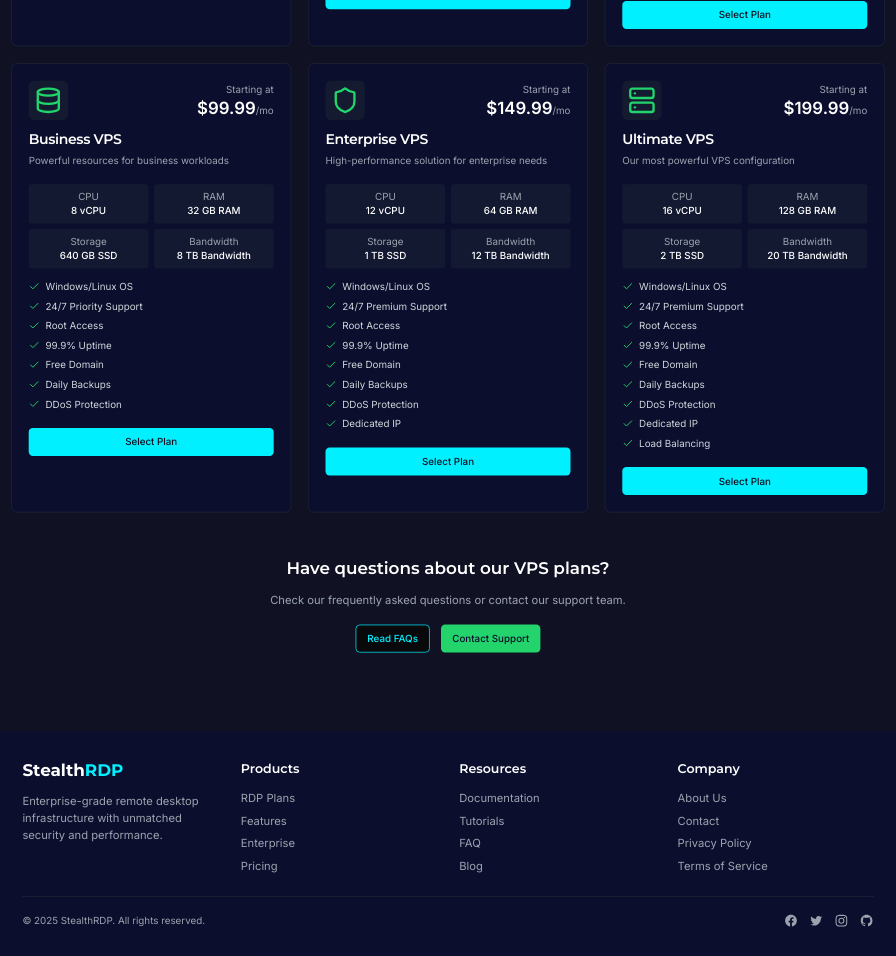
Repository: Husnainn01/stealthrdp2
Page: /plans
These files come from the project's save history. The page is drawn as it stood at one moment and after the next save; the edit follows.
The browser window is 1280 px wide. The pictures show the part of the page from y = 875 to 2795 px (the page is 2241 px tall before and 2795 px after), at 70% of full size.
The project was rebuilt for these pictures with package versions that can differ from the ones it lists, and the page was loaded fresh each time. Also part of the build but not shown: vite.config.ts, src/components/ui/tooltip.tsx, src/pages/Index.tsx, src/components/ui/accordion.tsx, src/pages/FAQ.tsx, src/pages/Features.tsx, src/pages/NotFound.tsx.

Above is the page before, as saved 2025-05-05 02:24:09.

### index.html
<!DOCTYPE html>
<html lang="en">
  <head>
    <meta charset="UTF-8" />
    <meta name="viewport" content="width=device-width, initial-scale=1.0" />
    <title>stealth-digital-revamp</title>
    <meta name="description" content="Lovable Generated Project" />
    <meta name="author" content="Lovable" />

    <meta property="og:title" content="stealth-digital-revamp" />
    <meta property="og:description" content="Lovable Generated Project" />
    <meta property="og:type" content="website" />
    <meta property="og:image" content="https://lovable.dev/opengraph-image-p98pqg.png" />

    <meta name="twitter:card" content="summary_large_image" />
    <meta name="twitter:site" content="@lovable_dev" />
    <meta name="twitter:image" content="https://lovable.dev/opengraph-image-p98pqg.png" />
  </head>

  <body>
    <div id="root"></div>
    <!-- IMPORTANT: DO NOT REMOVE THIS SCRIPT TAG OR THIS VERY COMMENT! -->
    <script src="https://cdn.gpteng.co/gptengineer.js" type="module"></script>
    <script type="module" src="/src/main.tsx"></script>
  </body>
</html>

### src/App.tsx
import { Toaster } from "@/components/ui/toaster";
import { Toaster as Sonner } from "@/components/ui/sonner";
import { TooltipProvider } from "@/components/ui/tooltip";
import { QueryClient, QueryClientProvider } from "@tanstack/react-query";
import { BrowserRouter, Routes, Route } from "react-router-dom";
import Index from "./pages/Index";
import FAQPage from "./pages/FAQ";
import Plans from "./pages/Plans";
import Features from "./pages/Features";
import NotFound from "./pages/NotFound";

const queryClient = new QueryClient();

const App = () => (
  <QueryClientProvider client={queryClient}>
    <TooltipProvider>
      <Toaster />
      <Sonner />
      <BrowserRouter>
        <Routes>
          <Route path="/" element={<Index />} />
          <Route path="/faq" element={<FAQPage />} />
          <Route path="/plans" element={<Plans />} />
          <Route path="/features" element={<Features />} />
          {/* ADD ALL CUSTOM ROUTES ABOVE THE CATCH-ALL "*" ROUTE */}
          <Route path="*" element={<NotFound />} />
        </Routes>
      </BrowserRouter>
    </TooltipProvider>
  </QueryClientProvider>
);

export default App;

### src/index.css

@import url('https://fonts.googleapis.com/css2?family=Montserrat:wght@400;500;600;700&display=swap');
@import url('https://fonts.googleapis.com/css2?family=Inter:wght@400;500;600&display=swap');

@tailwind base;
@tailwind components;
@tailwind utilities;

@layer base {
  :root {
    --background: 240 10% 3.9%;
    --foreground: 0 0% 98%;
    --card: 240 10% 3.9%;
    --card-foreground: 0 0% 98%;
    --popover: 240 10% 3.9%;
    --popover-foreground: 0 0% 98%;
    --primary: 208 100% 97.3%;
    --primary-foreground: 240 5.9% 10%;
    --secondary: 240 3.7% 15.9%;
    --secondary-foreground: 0 0% 98%;
    --muted: 240 3.7% 15.9%;
    --muted-foreground: 240 5% 64.9%;
    --accent: 240 3.7% 15.9%;
    --accent-foreground: 0 0% 98%;
    --destructive: 0 62.8% 30.6%;
    --destructive-foreground: 0 0% 98%;
    --border: 240 3.7% 15.9%;
    --input: 240 3.7% 15.9%;
    --ring: 240 4.9% 83.9%;
    --radius: 0.5rem;
  }
}

@layer base {
  * {
    @apply border-border;
  }

  body {
    @apply bg-charcoal text-foreground font-inter antialiased;
  }

  h1, h2, h3, h4, h5, h6 {
    @apply font-montserrat font-bold;
  }

  .container {
    @apply px-4 md:px-8;
  }

  .btn-electric {
    @apply bg-electric text-charcoal hover:bg-opacity-80 transition-all duration-200 font-medium;
  }

  .btn-cyber {
    @apply bg-cyber text-midnight hover:bg-opacity-80 transition-all duration-200 font-medium;
  }

  .section {
    @apply py-12 md:py-16 lg:py-20;
  }

  .fade-in {
    @apply animate-fade-in;
  }

  .card-hover {
    @apply transition-all duration-200 hover:shadow-lg hover:shadow-electric/10 hover:-translate-y-1;
  }
}

### src/components/ui/toaster.tsx
import { useToast } from "@/hooks/use-toast"
import {
  Toast,
  ToastClose,
  ToastDescription,
  ToastProvider,
  ToastTitle,
  ToastViewport,
} from "@/components/ui/toast"

export function Toaster() {
  const { toasts } = useToast()

  return (
    <ToastProvider>
      {toasts.map(function ({ id, title, description, action, ...props }) {
        return (
          <Toast key={id} {...props}>
            <div className="grid gap-1">
              {title && <ToastTitle>{title}</ToastTitle>}
              {description && (
                <ToastDescription>{description}</ToastDescription>
              )}
            </div>
            {action}
            <ToastClose />
          </Toast>
        )
      })}
      <ToastViewport />
    </ToastProvider>
  )
}

### src/components/ui/sonner.tsx
import { useTheme } from "next-themes"
import { Toaster as Sonner, toast } from "sonner"

type ToasterProps = React.ComponentProps<typeof Sonner>

const Toaster = ({ ...props }: ToasterProps) => {
  const { theme = "system" } = useTheme()

  return (
    <Sonner
      theme={theme as ToasterProps["theme"]}
      className="toaster group"
      toastOptions={{
        classNames: {
          toast:
            "group toast group-[.toaster]:bg-background group-[.toaster]:text-foreground group-[.toaster]:border-border group-[.toaster]:shadow-lg",
          description: "group-[.toast]:text-muted-foreground",
          actionButton:
            "group-[.toast]:bg-primary group-[.toast]:text-primary-foreground",
          cancelButton:
            "group-[.toast]:bg-muted group-[.toast]:text-muted-foreground",
        },
      }}
      {...props}
    />
  )
}

export { Toaster, toast }

### src/pages/Plans.tsx

import React, { useState } from 'react';
import Layout from '../components/Layout';
import { Button } from '../components/ui/button';
import { Card, CardContent, CardDescription, CardFooter, CardHeader, CardTitle } from '../components/ui/card';
import { Check, Shield, Cpu, Database, Server, HardDrive } from 'lucide-react';

const Plans = () => {
  const [billingCycle, setBillingCycle] = useState<'monthly' | 'yearly'>('monthly');

  // VPS plan data
  const plans = [
    {
      name: 'Basic VPS',
      description: 'Entry-level VPS with reliable performance',
      icon: <Cpu className="h-10 w-10 text-electric" />,
      monthlyPrice: 29.99,
      yearlyPrice: 299.90, // 10 months price (2 months free)
      specs: {
        cpu: '2 vCPU',
        ram: '4 GB RAM',
        storage: '80 GB SSD',
        bandwidth: '2 TB Bandwidth'
      },
      features: ['Windows/Linux OS', '24/7 Support', 'Root Access', '99.9% Uptime']
    },
    {
      name: 'Standard VPS',
      description: 'Balanced performance for everyday usage',
      icon: <Server className="h-10 w-10 text-electric" />,
      monthlyPrice: 49.99,
      yearlyPrice: 499.90,
      specs: {
        cpu: '4 vCPU',
        ram: '8 GB RAM',
        storage: '160 GB SSD',
        bandwidth: '4 TB Bandwidth'
      },
      features: ['Windows/Linux OS', '24/7 Support', 'Root Access', '99.9% Uptime', 'Free Domain']
    },
    {
      name: 'Pro VPS',
      description: 'Enhanced power for demanding applications',
      icon: <HardDrive className="h-10 w-10 text-electric" />,
      monthlyPrice: 69.99,
      yearlyPrice: 699.90,
      specs: {
        cpu: '6 vCPU',
        ram: '16 GB RAM',
        storage: '320 GB SSD',
        bandwidth: '6 TB Bandwidth'
      },
      features: ['Windows/Linux OS', '24/7 Priority Support', 'Root Access', '99.9% Uptime', 'Free Domain', 'Daily Backups']
    },
    {
      name: 'Business VPS',
      description: 'Powerful resources for business workloads',
      icon: <Database className="h-10 w-10 text-cyber" />,
      monthlyPrice: 99.99,
      yearlyPrice: 999.90,
      specs: {
        cpu: '8 vCPU',
        ram: '32 GB RAM',
        storage: '640 GB SSD',
        bandwidth: '8 TB Bandwidth'
      },
      features: ['Windows/Linux OS', '24/7 Priority Support', 'Root Access', '99.9% Uptime', 'Free Domain', 'Daily Backups', 'DDoS Protection']
    },
    {
      name: 'Enterprise VPS',
      description: 'High-performance solution for enterprise needs',
      icon: <Shield className="h-10 w-10 text-cyber" />,
      monthlyPrice: 149.99,
      yearlyPrice: 1499.90,
      specs: {
        cpu: '12 vCPU',
        ram: '64 GB RAM',
        storage: '1 TB SSD',
        bandwidth: '12 TB Bandwidth'
      },
      features: ['Windows/Linux OS', '24/7 Premium Support', 'Root Access', '99.9% Uptime', 'Free Domain', 'Daily Backups', 'DDoS Protection', 'Dedicated IP']
    },
    {
      name: 'Ultimate VPS',
      description: 'Our most powerful VPS configuration',
      icon: <Server className="h-10 w-10 text-cyber" />,
      monthlyPrice: 199.99,
      yearlyPrice: 1999.90,
      specs: {
        cpu: '16 vCPU',
        ram: '128 GB RAM',
        storage: '2 TB SSD',
        bandwidth: '20 TB Bandwidth'
      },
      features: ['Windows/Linux OS', '24/7 Premium Support', 'Root Access', '99.9% Uptime', 'Free Domain', 'Daily Backups', 'DDoS Protection', 'Dedicated IP', 'Load Balancing']
    }
  ];

  return (
    <Layout>
      <div className="py-20 md:py-28 bg-charcoal">
        <div className="container max-w-7xl mx-auto px-4">
          {/* Page Header */}
          <div className="text-center mb-12 md:mb-16">
            <h1 className="text-3xl md:text-4xl lg:text-5xl font-bold text-white mb-4">
              StealthRDP <span className="text-electric">VPS Plans</span>
            </h1>
            <p className="text-gray-400 max-w-3xl mx-auto text-lg">
              High-performance virtual private servers with unparalleled speed, security, and reliability. Choose the plan that fits your needs.
            </p>
          </div>

          {/* Billing Toggle */}
          <div className="flex justify-center mb-10">
            <div className="bg-midnight inline-flex p-1 rounded-lg">
              <button
                onClick={() => setBillingCycle('monthly')}
                className={`px-6 py-2 rounded-md transition-all ${
                  billingCycle === 'monthly' ? 'bg-electric text-midnight font-medium' : 'text-gray-400'
                }`}
              >
                Monthly
              </button>
              <button
                onClick={() => setBillingCycle('yearly')}
                className={`px-6 py-2 rounded-md transition-all ${
                  billingCycle === 'yearly' ? 'bg-electric text-midnight font-medium' : 'text-gray-400'
                }`}
              >
                Yearly (Save 16%)
              </button>
            </div>
          </div>

          {/* Plans Grid */}
          <div className="grid grid-cols-1 md:grid-cols-2 lg:grid-cols-3 gap-6 mb-16">
            {plans.map((plan, index) => (
              <Card key={index} className="bg-midnight border-gray-800 hover:border-electric transition-all duration-300 card-hover">
                <CardHeader className="pb-2">
                  <div className="flex items-center justify-between mb-2">
                    <div className="p-2 rounded-lg bg-gray-800/50">
                      {plan.icon}
                    </div>
                    <div className="text-right">
                      <span className="text-sm text-gray-400">Starting at</span>
                      <div className="font-bold text-2xl text-white">
                        ${billingCycle === 'monthly' ? plan.monthlyPrice : (plan.yearlyPrice / 12).toFixed(2)}
                        <span className="text-sm text-gray-400 font-normal">/mo</span>
                      </div>
                    </div>
                  </div>
                  <CardTitle className="text-xl text-white">{plan.name}</CardTitle>
                  <CardDescription className="text-gray-400">{plan.description}</CardDescription>
                </CardHeader>
                <CardContent className="pt-4">
                  <div className="space-y-4">
                    {/* Specs */}
                    <div className="grid grid-cols-2 gap-2 text-sm">
                      <div className="bg-gray-800/40 p-2 rounded flex flex-col items-center justify-center">
                        <span className="text-gray-400">CPU</span>
                        <span className="text-white font-medium">{plan.specs.cpu}</span>
                      </div>
                      <div className="bg-gray-800/40 p-2 rounded flex flex-col items-center justify-center">
                        <span className="text-gray-400">RAM</span>
                        <span className="text-white font-medium">{plan.specs.ram}</span>
                      </div>
                      <div className="bg-gray-800/40 p-2 rounded flex flex-col items-center justify-center">
                        <span className="text-gray-400">Storage</span>
                        <span className="text-white font-medium">{plan.specs.storage}</span>
                      </div>
                      <div className="bg-gray-800/40 p-2 rounded flex flex-col items-center justify-center">
                        <span className="text-gray-400">Bandwidth</span>
                        <span className="text-white font-medium">{plan.specs.bandwidth}</span>
                      </div>
                    </div>

                    {/* Features */}
                    <div className="space-y-2">
                      {plan.features.map((feature, i) => (
                        <div key={i} className="flex items-center space-x-2">
                          <Check className="h-4 w-4 text-cyber" />
                          <span className="text-gray-300 text-sm">{feature}</span>
                        </div>
                      ))}
                    </div>
                  </div>
                </CardContent>
                <CardFooter>
                  <Button className="w-full bg-electric hover:bg-electric/80 text-charcoal">
                    Select Plan
                  </Button>
                </CardFooter>
              </Card>
            ))}
          </div>

          {/* FAQs CTA */}
          <div className="text-center">
            <h3 className="text-xl md:text-2xl font-semibold text-white mb-4">Have questions about our VPS plans?</h3>
            <p className="text-gray-400 mb-6">Check our frequently asked questions or contact our support team.</p>
            <div className="flex flex-col sm:flex-row justify-center gap-4">
              <Button asChild variant="outline" className="border-electric text-electric hover:bg-electric/10">
                <a href="/faq">Read FAQs</a>
              </Button>
              <Button asChild className="bg-cyber text-midnight hover:bg-cyber/90">
                <a href="/contact">Contact Support</a>
              </Button>
            </div>
          </div>
        </div>
      </div>
    </Layout>
  );
};

export default Plans;

### src/components/Layout.tsx

import React from 'react';
import Navbar from './Navbar';
import Footer from './Footer';

interface LayoutProps {
  children: React.ReactNode;
}

const Layout: React.FC<LayoutProps> = ({ children }) => {
  return (
    <div className="flex flex-col min-h-screen">
      <Navbar />
      <main className="flex-grow">{children}</main>
      <Footer />
    </div>
  );
};

export default Layout;

### src/components/ui/card.tsx
import * as React from "react"

import { cn } from "@/lib/utils"

const Card = React.forwardRef<
  HTMLDivElement,
  React.HTMLAttributes<HTMLDivElement>
>(({ className, ...props }, ref) => (
  <div
    ref={ref}
    className={cn(
      "rounded-lg border bg-card text-card-foreground shadow-sm",
      className
    )}
    {...props}
  />
))
Card.displayName = "Card"

const CardHeader = React.forwardRef<
  HTMLDivElement,
  React.HTMLAttributes<HTMLDivElement>
>(({ className, ...props }, ref) => (
  <div
    ref={ref}
    className={cn("flex flex-col space-y-1.5 p-6", className)}
    {...props}
  />
))
CardHeader.displayName = "CardHeader"

const CardTitle = React.forwardRef<
  HTMLParagraphElement,
  React.HTMLAttributes<HTMLHeadingElement>
>(({ className, ...props }, ref) => (
  <h3
    ref={ref}
    className={cn(
      "text-2xl font-semibold leading-none tracking-tight",
      className
    )}
    {...props}
  />
))
CardTitle.displayName = "CardTitle"

const CardDescription = React.forwardRef<
  HTMLParagraphElement,
  React.HTMLAttributes<HTMLParagraphElement>
>(({ className, ...props }, ref) => (
  <p
    ref={ref}
    className={cn("text-sm text-muted-foreground", className)}
    {...props}
  />
))
CardDescription.displayName = "CardDescription"

const CardContent = React.forwardRef<
  HTMLDivElement,
  React.HTMLAttributes<HTMLDivElement>
>(({ className, ...props }, ref) => (
  <div ref={ref} className={cn("p-6 pt-0", className)} {...props} />
))
CardContent.displayName = "CardContent"

const CardFooter = React.forwardRef<
  HTMLDivElement,
  React.HTMLAttributes<HTMLDivElement>
>(({ className, ...props }, ref) => (
  <div
    ref={ref}
    className={cn("flex items-center p-6 pt-0", className)}
    {...props}
  />
))
CardFooter.displayName = "CardFooter"

export { Card, CardHeader, CardFooter, CardTitle, CardDescription, CardContent }

Loaded but not shown: src/main.tsx (common file); src/hooks/use-toast.ts (common file); src/lib/utils.ts (common file); src/components/Footer.tsx (84 lines, source omitted); src/components/ui/toast.tsx (127 lines, source omitted); src/components/Navbar.tsx (105 lines, source omitted); tailwind.config.ts (110 lines, source omitted); src/components/ui/button.tsx (56 lines, source omitted)

After the next save:
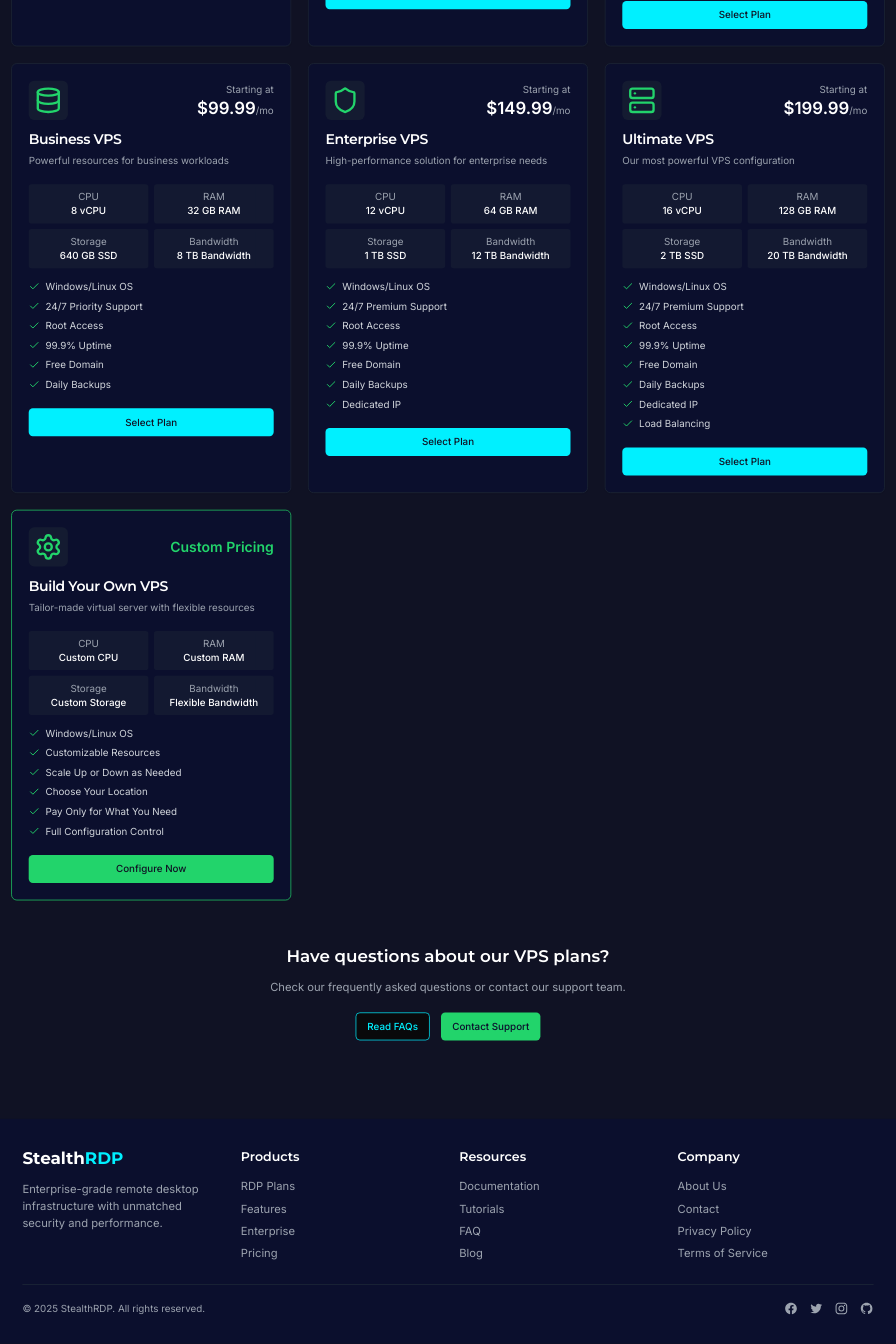
Saved 3 min 57 s later.
--- a/src/pages/Plans.tsx
+++ b/src/pages/Plans.tsx
@@ -1,9 +1,8 @@
-
 import React, { useState } from 'react';
 import Layout from '../components/Layout';
 import { Button } from '../components/ui/button';
 import { Card, CardContent, CardDescription, CardFooter, CardHeader, CardTitle } from '../components/ui/card';
-import { Check, Shield, Cpu, Database, Server, HardDrive } from 'lucide-react';
+import { Check, Shield, Cpu, Database, Server, HardDrive, Settings } from 'lucide-react';
 
 const Plans = () => {
   const [billingCycle, setBillingCycle] = useState<'monthly' | 'yearly'>('monthly');
@@ -64,7 +63,7 @@
         storage: '640 GB SSD',
         bandwidth: '8 TB Bandwidth'
       },
-      features: ['Windows/Linux OS', '24/7 Priority Support', 'Root Access', '99.9% Uptime', 'Free Domain', 'Daily Backups', 'DDoS Protection']
+      features: ['Windows/Linux OS', '24/7 Priority Support', 'Root Access', '99.9% Uptime', 'Free Domain', 'Daily Backups']
     },
     {
       name: 'Enterprise VPS',
@@ -78,7 +77,7 @@
         storage: '1 TB SSD',
         bandwidth: '12 TB Bandwidth'
       },
-      features: ['Windows/Linux OS', '24/7 Premium Support', 'Root Access', '99.9% Uptime', 'Free Domain', 'Daily Backups', 'DDoS Protection', 'Dedicated IP']
+      features: ['Windows/Linux OS', '24/7 Premium Support', 'Root Access', '99.9% Uptime', 'Free Domain', 'Daily Backups', 'Dedicated IP']
     },
     {
       name: 'Ultimate VPS',
@@ -92,7 +91,29 @@
         storage: '2 TB SSD',
         bandwidth: '20 TB Bandwidth'
       },
-      features: ['Windows/Linux OS', '24/7 Premium Support', 'Root Access', '99.9% Uptime', 'Free Domain', 'Daily Backups', 'DDoS Protection', 'Dedicated IP', 'Load Balancing']
+      features: ['Windows/Linux OS', '24/7 Premium Support', 'Root Access', '99.9% Uptime', 'Free Domain', 'Daily Backups', 'Dedicated IP', 'Load Balancing']
+    },
+    {
+      name: 'Build Your Own VPS',
+      description: 'Tailor-made virtual server with flexible resources',
+      icon: <Settings className="h-10 w-10 text-cyber" />,
+      monthlyPrice: null, // Custom pricing based on configuration
+      yearlyPrice: null,
+      specs: {
+        cpu: 'Custom CPU',
+        ram: 'Custom RAM',
+        storage: 'Custom Storage',
+        bandwidth: 'Flexible Bandwidth'
+      },
+      features: [
+        'Windows/Linux OS',
+        'Customizable Resources',
+        'Scale Up or Down as Needed',
+        'Choose Your Location',
+        'Pay Only for What You Need',
+        'Full Configuration Control'
+      ],
+      isCustom: true
     }
   ];
 
@@ -135,18 +156,24 @@
           {/* Plans Grid */}
           <div className="grid grid-cols-1 md:grid-cols-2 lg:grid-cols-3 gap-6 mb-16">
             {plans.map((plan, index) => (
-              <Card key={index} className="bg-midnight border-gray-800 hover:border-electric transition-all duration-300 card-hover">
+              <Card key={index} className={`bg-midnight border-gray-800 hover:border-electric transition-all duration-300 card-hover ${plan.isCustom ? 'border-cyber' : ''}`}>
                 <CardHeader className="pb-2">
                   <div className="flex items-center justify-between mb-2">
                     <div className="p-2 rounded-lg bg-gray-800/50">
                       {plan.icon}
                     </div>
                     <div className="text-right">
-                      <span className="text-sm text-gray-400">Starting at</span>
-                      <div className="font-bold text-2xl text-white">
-                        ${billingCycle === 'monthly' ? plan.monthlyPrice : (plan.yearlyPrice / 12).toFixed(2)}
-                        <span className="text-sm text-gray-400 font-normal">/mo</span>
-                      </div>
+                      {plan.monthlyPrice !== null ? (
+                        <>
+                          <span className="text-sm text-gray-400">Starting at</span>
+                          <div className="font-bold text-2xl text-white">
+                            ${billingCycle === 'monthly' ? plan.monthlyPrice : (plan.yearlyPrice / 12).toFixed(2)}
+                            <span className="text-sm text-gray-400 font-normal">/mo</span>
+                          </div>
+                        </>
+                      ) : (
+                        <div className="font-bold text-xl text-cyber">Custom Pricing</div>
+                      )}
                     </div>
                   </div>
                   <CardTitle className="text-xl text-white">{plan.name}</CardTitle>
@@ -178,7 +205,7 @@
                     <div className="space-y-2">
                       {plan.features.map((feature, i) => (
                         <div key={i} className="flex items-center space-x-2">
-                          <Check className="h-4 w-4 text-cyber" />
+                          <Check className={`h-4 w-4 ${plan.isCustom ? 'text-cyber' : 'text-cyber'}`} />
                           <span className="text-gray-300 text-sm">{feature}</span>
                         </div>
                       ))}
@@ -186,8 +213,8 @@
                   </div>
                 </CardContent>
                 <CardFooter>
-                  <Button className="w-full bg-electric hover:bg-electric/80 text-charcoal">
-                    Select Plan
+                  <Button className={`w-full ${plan.isCustom ? 'bg-cyber hover:bg-cyber/80' : 'bg-electric hover:bg-electric/80'} text-charcoal`}>
+                    {plan.isCustom ? 'Configure Now' : 'Select Plan'}
                   </Button>
                 </CardFooter>
               </Card>
